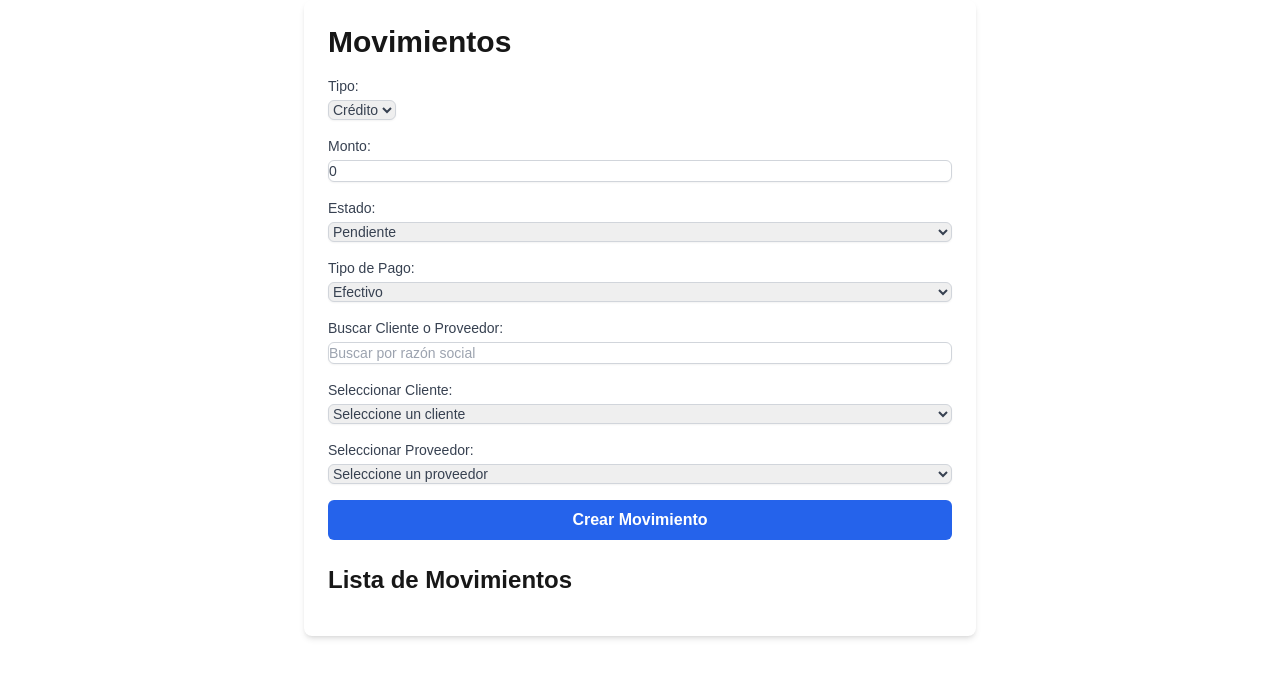
Repository: manucavallera/Sistema-Gestion
Page: /movimientos
These files come from the project's save history. The page is drawn as it stood at one moment and after the next save; the edit follows.
The browser window is 1280 px wide. The pictures show the whole page.
The page's requests for data from a server got no answer. The project was rebuilt for these pictures with package versions that can differ from the ones it lists, and the page was loaded fresh each time. The framework's server and built-in components were replaced by stand-ins that run in the browser. No one was signed in, and anything a server would have sent is missing. Also part of the build but not shown: next.config.mjs.

Above is the page before, as saved 2024-11-21 15:15:25.

### src/app/movimientos/page.tsx
"use client";
import { useEffect, useState } from "react";

interface Movimiento {
  id: number;
  tipo: string; // "CREDITO" o "DEBITO"
  monto: number;
  estado: string; // "PENDIENTE", "COMPLETADO", "CANCELADO"
  tipoPago: string; // "EFECTIVO", "TARJETA", etc.
  clienteId: number | null;
  proveedorId: number | null;
}

interface Cliente {
  id: number;
  razonSocial: string;
}

interface Proveedor {
  id: number;
  razonSocial: string;
}

const MovimientosPage = () => {
  const [movimientos, setMovimientos] = useState<Movimiento[]>([]);
  const [clientes, setClientes] = useState<Cliente[]>([]);
  const [proveedores, setProveedores] = useState<Proveedor[]>([]);
  const [tipo, setTipo] = useState<string>("CREDITO");
  const [monto, setMonto] = useState<number>(0);
  const [estado, setEstado] = useState<string>("PENDIENTE");
  const [tipoPago, setTipoPago] = useState<string>("EFECTIVO");
  const [clienteId, setClienteId] = useState<number | null>(null);
  const [proveedorId, setProveedorId] = useState<number | null>(null);
  const [searchTerm, setSearchTerm] = useState<string>("");

  // Funciones para obtener datos
  const fetchMovimientos = async () => {
    const response = await fetch("/api/movimientos");
    const data = await response.json();
    setMovimientos(data);
  };

  const fetchClientesYProveedores = async () => {
    const [clientesResponse, proveedoresResponse] = await Promise.all([
      fetch(`/api/clientes?razonSocial=${searchTerm}`),
      fetch(`/api/proveedores?razonSocial=${searchTerm}`),
    ]);
    const clientesData = await clientesResponse.json();
    const proveedoresData = await proveedoresResponse.json();
    setClientes(clientesData);
    setProveedores(proveedoresData);
  };

  useEffect(() => {
    fetchMovimientos();
  }, []);

  const handleCreateMovimiento = async (e: React.FormEvent) => {
    e.preventDefault();
    const response = await fetch("/api/movimientos", {
      method: "POST",
      headers: {
        "Content-Type": "application/json",
      },
      body: JSON.stringify({
        tipo,
        monto,
        estado,
        tipoPago,
        clienteId,
        proveedorId,
      }),
    });

    if (response.ok) {
      // Resetear los estados
      setTipo("CREDITO");
      setMonto(0);
      setEstado("PENDIENTE");
      setTipoPago("EFECTIVO");
      setClienteId(null);
      setProveedorId(null);
      fetchMovimientos();
    } else {
      const errorData = await response.json();
      console.error("Error al crear movimiento:", errorData.error);
    }
  };

  const handleSelectCliente = (id: number | null) => {
    setClienteId(id);
    setProveedorId(null); // Deshabilitar proveedor si se selecciona cliente
  };

  const handleSelectProveedor = (id: number | null) => {
    setProveedorId(id);
    setClienteId(null); // Deshabilitar cliente si se selecciona proveedor
  };

  const handleStatusChange = async (id: number, newStatus: string) => {
    const response = await fetch(`/api/movimientos/${id}`, {
      method: "PATCH",
      headers: {
        "Content-Type": "application/json",
      },
      body: JSON.stringify({ estado: newStatus }),
    });
    if (response.ok) {
      fetchMovimientos(); // Actualizar la lista de movimientos
    } else {
      const errorData = await response.json();
      console.error("Error al actualizar estado:", errorData.error);
    }
  };

  return (
    <div className='max-w-2xl mx-auto p-6 bg-white rounded-lg shadow-md'>
      <h1 className='text-3xl font-bold mb-4'>Movimientos</h1>
      <form onSubmit={handleCreateMovimiento} className='space-y-4'>
        <div>
          <label className='block text-sm font-medium text-gray-700'>
            Tipo:
            <select
              value={tipo}
              onChange={(e) => setTipo(e.target.value)}
              className='mt-1 block w -full border border-gray-300 rounded-md shadow-sm focus:ring-blue-500 focus:border-blue-500'
            >
              <option value='CREDITO'>Crédito</option>
              <option value='DEBITO'>Débito</option>
            </select>
          </label>
        </div>
        <div>
          <label className='block text-sm font-medium text-gray-700'>
            Monto:
            <input
              type='number'
              value={monto}
              onChange={(e) => setMonto(Number(e.target.value))}
              required
              className='mt-1 block w-full border border-gray-300 rounded-md shadow-sm focus:ring-blue-500 focus:border-blue-500'
            />
          </label>
        </div>
        <div>
          <label className='block text-sm font-medium text-gray-700'>
            Estado:
            <select
              value={estado}
              onChange={(e) => setEstado(e.target.value)}
              className='mt-1 block w-full border border-gray-300 rounded-md shadow-sm focus:ring-blue-500 focus:border-blue-500'
            >
              <option value='PENDIENTE'>Pendiente</option>
              <option value='COMPLETADO'>Completado</option>
              <option value='CANCELADO'>Cancelado</option>
            </select>
          </label>
        </div>
        <div>
          <label className='block text-sm font-medium text-gray-700'>
            Tipo de Pago:
            <select
              value={tipoPago}
              onChange={(e) => setTipoPago(e.target.value)}
              className='mt-1 block w-full border border-gray-300 rounded-md shadow-sm focus:ring-blue-500 focus:border-blue-500'
            >
              <option value='EFECTIVO'>Efectivo</option>
              <option value='TARJETA'>Tarjeta</option>
              <option value='TRANSFERENCIA'>Transferencia</option>
              <option value='CHEQUE'>Cheque</option>
            </select>
          </label>
        </div>
        <div>
          <label className='block text-sm font-medium text-gray-700'>
            Buscar Cliente o Proveedor:
            <input
              type='text'
              value={searchTerm}
              onChange={(e) => setSearchTerm(e.target.value)}
              onBlur={fetchClientesYProveedores}
              placeholder='Buscar por razón social'
              className='mt-1 block w-full border border-gray-300 rounded-md shadow-sm focus:ring-blue-500 focus:border-blue-500'
            />
          </label>
        </div>
        <div>
          <label className='block text-sm font-medium text-gray-700'>
            Seleccionar Cliente:
            <select
              value={clienteId || ""}
              onChange={(e) =>
                handleSelectCliente(
                  e.target.value ? Number(e.target.value) : null
                )
              }
              className='mt-1 block w-full border border-gray-300 rounded-md shadow-sm focus:ring-blue-500 focus:border-blue-500'
            >
              <option value=''>Seleccione un cliente</option>
              {clientes.map((cliente) => (
                <option key={cliente.id} value={cliente.id}>
                  {cliente.razonSocial}
                </option>
              ))}
            </select>
          </label>
        </div>
        <div>
          <label className='block text-sm font-medium text-gray-700'>
            Seleccionar Proveedor:
            <select
              value={proveedorId || ""}
              onChange={(e) =>
                handleSelectProveedor(
                  e.target.value ? Number(e.target.value) : null
                )
              }
              className='mt-1 block w-full border border-gray-300 rounded-md shadow-sm focus:ring-blue-500 focus:border-blue-500'
            >
              <option value=''>Seleccione un proveedor</option>
              {proveedores.map((proveedor) => (
                <option key={proveedor.id} value={proveedor.id}>
                  {proveedor.razonSocial}
                </option>
              ))}
            </select>
          </label>
        </div>
        <button
          type='submit'
          className='w-full py-2 px-4 bg-blue-600 text-white font-semibold rounded-md hover:bg-blue-700 transition duration-200'
        >
          Crear Movimiento
        </button>
      </form>
      <h2 className='text-2xl font-bold mt-6'>Lista de Movimientos</h2>
      <ul className='mt-4 space-y-2'>
        {movimientos.map((movimiento) => {
          const cliente = clientes.find((c) => c.id === movimiento.clienteId);
          const proveedor = proveedores.find(
            (p) => p.id === movimiento.proveedorId
          );
          const razonSocial = cliente
            ? cliente.razonSocial
            : proveedor
            ? proveedor.razonSocial
            : "N/A";
          return (
            <li
              key={movimiento.id}
              className='p-4 border border-gray-200 rounded-md shadow-sm'
            >
              {razonSocial} - {movimiento.tipo} - ${movimiento.monto} -
              <select
                value={movimiento.estado}
                onChange={(e) =>
                  handleStatusChange(movimiento.id, e.target.value)
                }
                className='ml-4 border border-gray-300 rounded-md'
              >
                <option value='PENDIENTE'>Pendiente</option>
                <option value='COMPLETADO'>Completado</option>
                <option value='CANCELADO'>Cancelado</option>
              </select>
              - {movimiento.tipoPago}
            </li>
          );
        })}
      </ul>
    </div>
  );
};

export default MovimientosPage;

Loaded but not shown: src/app/layout.tsx (common file); src/app/globals.css (common file); tailwind.config.ts (common file)

After the next save:
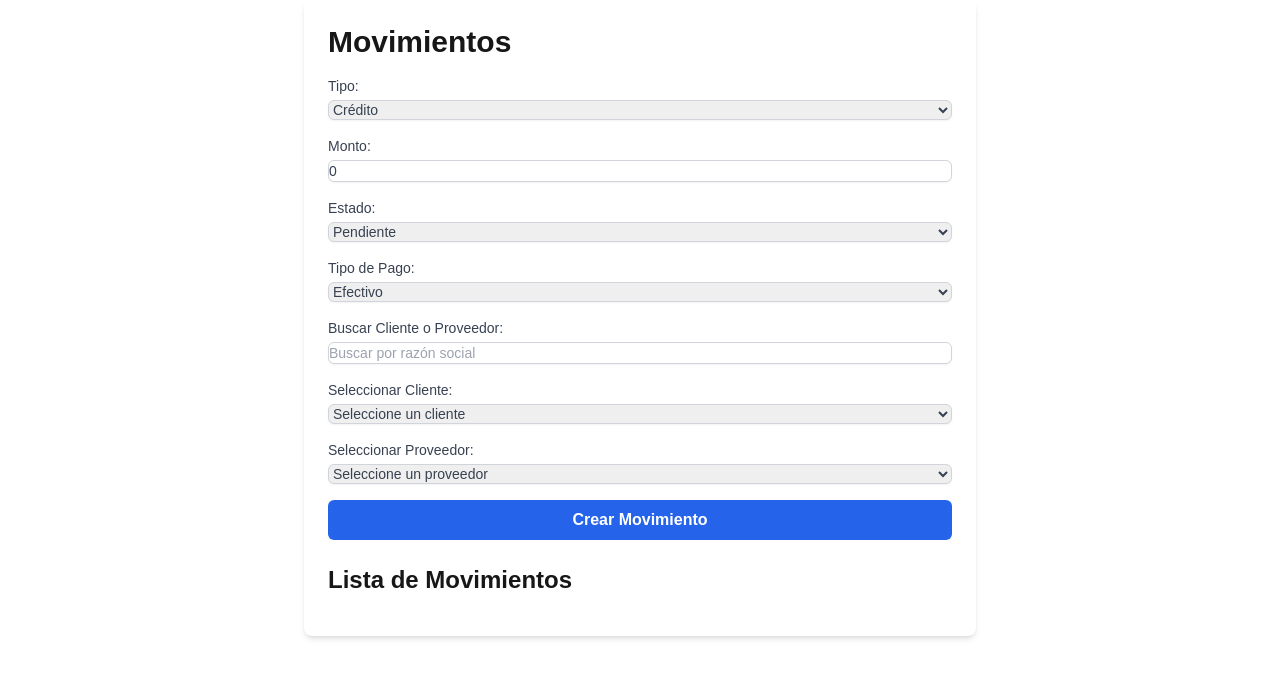
Saved 5 min 11 s later.
--- a/src/app/movimientos/page.tsx
+++ b/src/app/movimientos/page.tsx
@@ -97,22 +97,6 @@ const MovimientosPage = () => {
     setClienteId(null); // Deshabilitar cliente si se selecciona proveedor
   };
 
-  const handleStatusChange = async (id: number, newStatus: string) => {
-    const response = await fetch(`/api/movimientos/${id}`, {
-      method: "PATCH",
-      headers: {
-        "Content-Type": "application/json",
-      },
-      body: JSON.stringify({ estado: newStatus }),
-    });
-    if (response.ok) {
-      fetchMovimientos(); // Actualizar la lista de movimientos
-    } else {
-      const errorData = await response.json();
-      console.error("Error al actualizar estado:", errorData.error);
-    }
-  };
-
   return (
     <div className='max-w-2xl mx-auto p-6 bg-white rounded-lg shadow-md'>
       <h1 className='text-3xl font-bold mb-4'>Movimientos</h1>
@@ -123,7 +107,7 @@ const MovimientosPage = () => {
             <select
               value={tipo}
               onChange={(e) => setTipo(e.target.value)}
-              className='mt-1 block w -full border border-gray-300 rounded-md shadow-sm focus:ring-blue-500 focus:border-blue-500'
+              className='mt-1 block w-full border border-gray-300 rounded-md shadow-sm focus:ring-blue-500 focus:border-blue-500'
             >
               <option value='CREDITO'>Crédito</option>
               <option value='DEBITO'>Débito</option>
@@ -251,18 +235,27 @@ const MovimientosPage = () => {
               className='p-4 border border-gray-200 rounded-md shadow-sm'
             >
               {razonSocial} - {movimiento.tipo} - ${movimiento.monto} -
-              <select
-                value={movimiento.estado}
-                onChange={(e) =>
-                  handleStatusChange(movimiento.id, e.target.value)
-                }
-                className='ml-4 border border-gray-300 rounded-md'
+              PENDIENTE - {movimiento.tipoPago}
+              <button
+                onClick={async () => {
+                  const response = await fetch(
+                    `/api/movimientos/${movimiento.id}`,
+                    {
+                      method: "PATCH",
+                      headers: {
+                        "Content-Type": "application/json",
+                      },
+                      body: JSON.stringify({ estado: "COMPLETADO" }),
+                    }
+                  );
+                  if (response.ok) {
+                    fetchMovimientos(); // Actualizar la lista de movimientos
+                  }
+                }}
+                className='ml-4 text-blue-600 hover:underline'
               >
-                <option value='PENDIENTE'>Pendiente</option>
-                <option value='COMPLETADO'>Completado</option>
-                <option value='CANCELADO'>Cancelado</option>
-              </select>
-              - {movimiento.tipoPago}
+                Marcar como Completado
+              </button>
             </li>
           );
         })}
